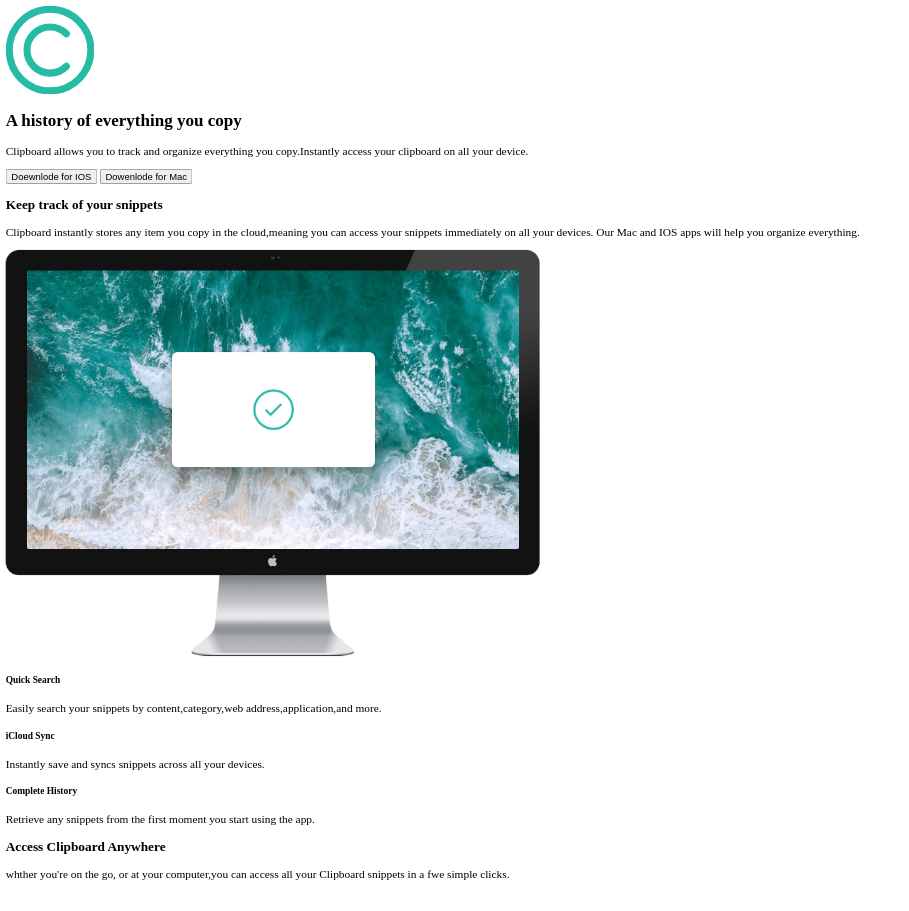
Repository: moataz305G/Clipboard-landing-page
Page: index.html
These files come from the project's save history. The page is drawn as it stood at one moment and after the next save; the edit follows.
The browser window is 1280 px wide. The pictures show the whole page, at 71% of full size.

Above is the page before, as saved 2025-12-03 11:24:11.

After the next save:
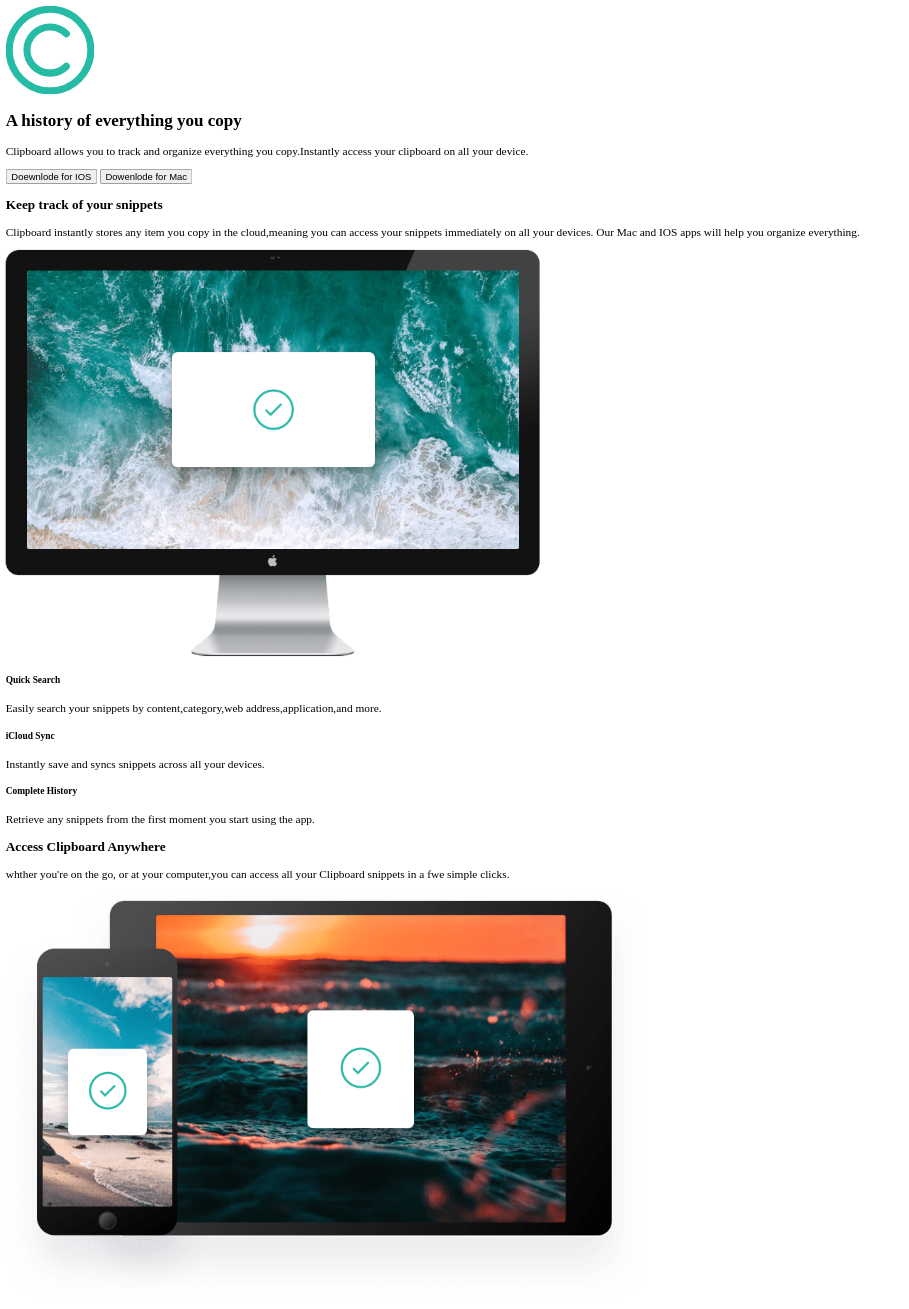
Saved 104 s later.
--- a/index.html
+++ b/index.html
@@ -56,7 +56,7 @@
           whther you're on the go, or at your computer,you can access all your
           Clipboard snippets in a fwe simple clicks.
         </p>
-        <img class=""
+        <img class="img-device" src="images/image-devices.png" alt=""
       </div>
     </article>
 
